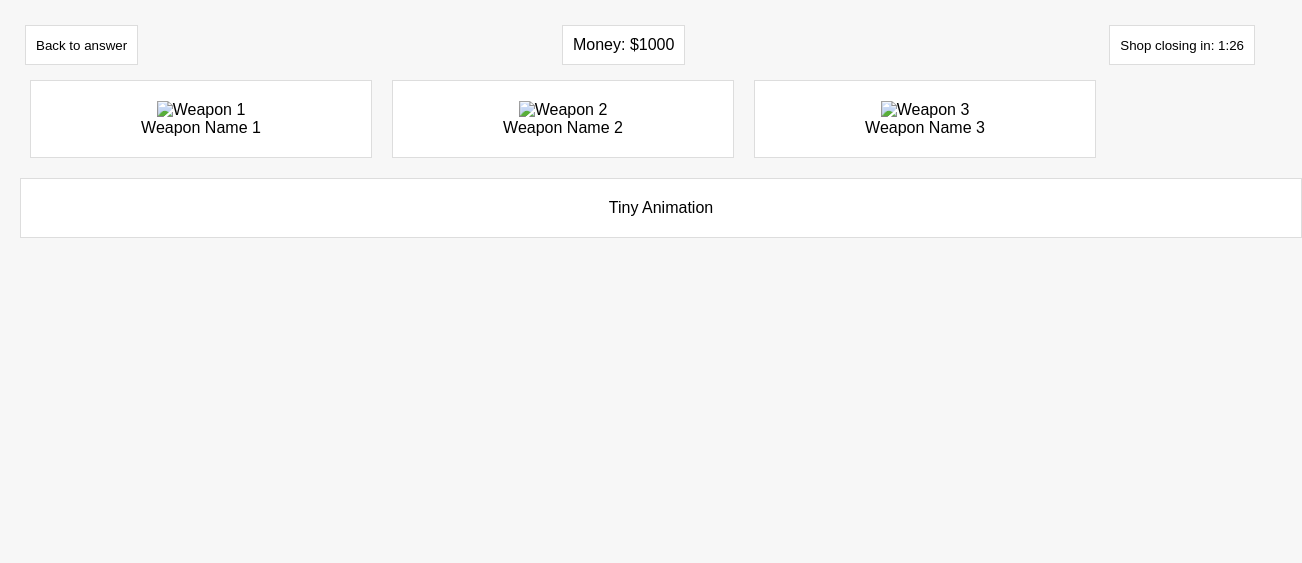
Repository: sean12-2007/Jailbreaker
Page: public/src/pages/shop_weapons.html
These files come from the project's save history. The page is drawn as it stood at one moment and after the next save; the edit follows.
The browser window is 1280 px wide. The page is 1302 px wide, so the pictures cover 1302 px, including what lies to the right of the window. The pictures show the whole page.

Above is the page before, as saved 2024-07-26 19:00:06.
Not found: public/src/pages/weapon1.jpg
Not found: public/src/pages/weapon2.jpg
Not found: public/src/pages/weapon3.jpg

### public/src/pages/shop_weapons.html
<!DOCTYPE html>
<html lang="en">
  <head>
    <meta charset="UTF-8">
    <meta name="viewport" content="width=device-width, initial-scale=1.0">
    <title>Weapon Shop</title>
    <style>
      body {
        font-family: Arial, sans-serif;
        margin: 0;
        padding: 20px;
        background: #f7f7f7;
      }
      .header, .footer {
        display: flex;
        justify-content: space-between;
      }
      .button {
        padding: 10px;
        margin: 5px;
        border: 1px solid #ddd;
        background-color: #fff;
        cursor: pointer;
      }
      .content {
        display: flex;
        overflow-x: auto;
      }
      .weapon {
        flex: 0 0 auto;
        width: 300px;
        margin: 10px;
        background: #fff;
        border: 1px solid #ddd;
        padding: 20px;
        text-align: center;
      }
      .weapon img {
        width: 100%;
        height: auto;
      }
      .animation {
        width: 100%;
        border: 1px solid #ddd;
        margin: 10px 0;
        background: #fff;
        padding: 20px;
        text-align: center;
      }
    </style>
  </head>
  <body>
    <div class="header">
      <button class="button">Back to answer</button>
      <div class="button">Money: $1000</div>
      <button id="startTimer" class="button">Shop closing in: 1:30</button>
    </div>
    <div class="content">
      <div class="weapon">
        <img src="weapon1.jpg" alt="Weapon 1" />
        <div>Weapon Name 1</div>
      </div>
      <div class="weapon">
        <img src="weapon2.jpg" alt="Weapon 2" />
        <div>Weapon Name 2</div>
      </div>
      <div class="weapon">
        <img src="weapon3.jpg" alt="Weapon 3" />
        <div>Weapon Name 3</div>
      </div>
    </div>
    <div class="animation">
      Tiny Animation
    </div>

    <!--<div id="timerDisplay" class="footer">Shop closing timer: 10:00</div> -->

    <script>
      // Variables to store the timer state
      let timeRemaining = 90; // 10 minutes in seconds
      let timerInterval = null;
      // Function to update the timer display
      function updateTimerDisplay(minutes, seconds) {
        document.getElementById('startTimer').textContent = `Shop closing in: ${minutes}:${seconds.toString().padStart(2, '0')}`;
      }
      // Function to start the countdown
      function startCountdown() {
        // Only start the timer if it's not already running
        if (timerInterval === null) {
          timerInterval = setInterval(function() {
            const minutes = Math.floor(timeRemaining / 60);
            const seconds = timeRemaining % 60;
            updateTimerDisplay(minutes, seconds);
            if (timeRemaining > 0) {
              timeRemaining -= 1;
            } else {
              clearInterval(timerInterval);
              timerInterval = null;
              alert("Time's up!");
            }
          }, 1000);
        }
      }
      // Event listener for the start button
      document.getElementById('startTimer').addEventListener('click', startCountdown);

      // Start the countdown timer as soon as the page loads
      startCountdown();
    </script>
  </body>
</html>

After the next save:
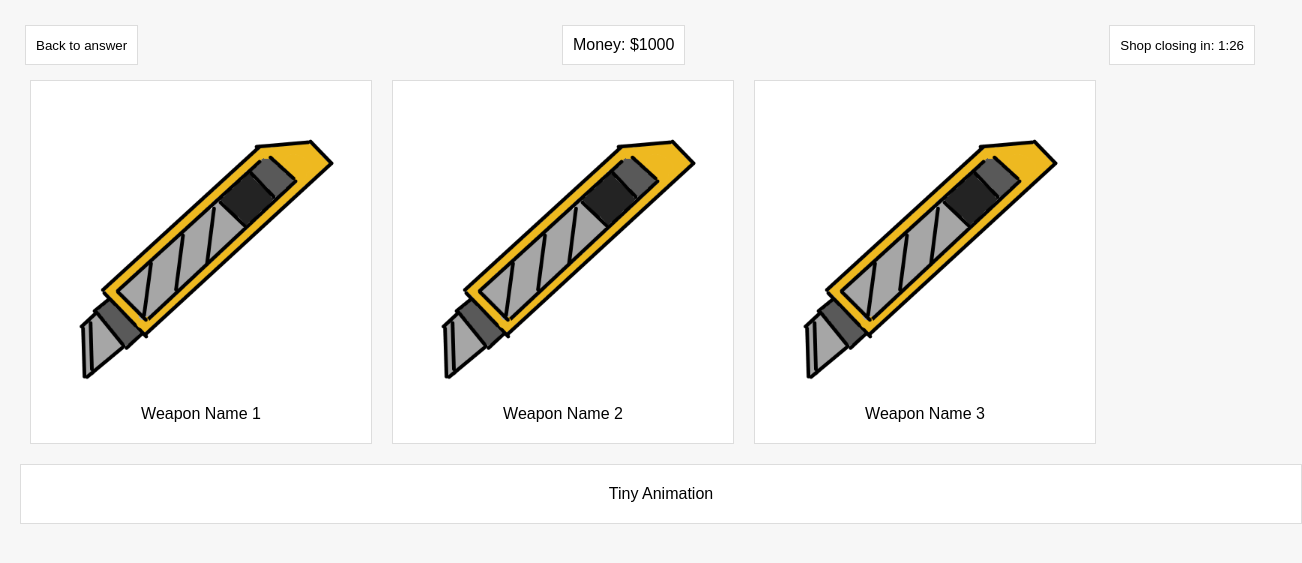
Saved 13 min 24 s later.
--- a/public/src/pages/shop_weapons.html
+++ b/public/src/pages/shop_weapons.html
@@ -57,15 +57,15 @@
     </div>
     <div class="content">
       <div class="weapon">
-        <img src="weapon1.jpg" alt="Weapon 1" />
+        <img src="/images/artknife.png" alt="Weapon 1" />
         <div>Weapon Name 1</div>
       </div>
       <div class="weapon">
-        <img src="weapon2.jpg" alt="Weapon 2" />
+        <img src="/images/artknife.png" alt="Weapon 2" />
         <div>Weapon Name 2</div>
       </div>
       <div class="weapon">
-        <img src="weapon3.jpg" alt="Weapon 3" />
+        <img src="/images/artknife.png" alt="Weapon 3" />
         <div>Weapon Name 3</div>
       </div>
     </div>
